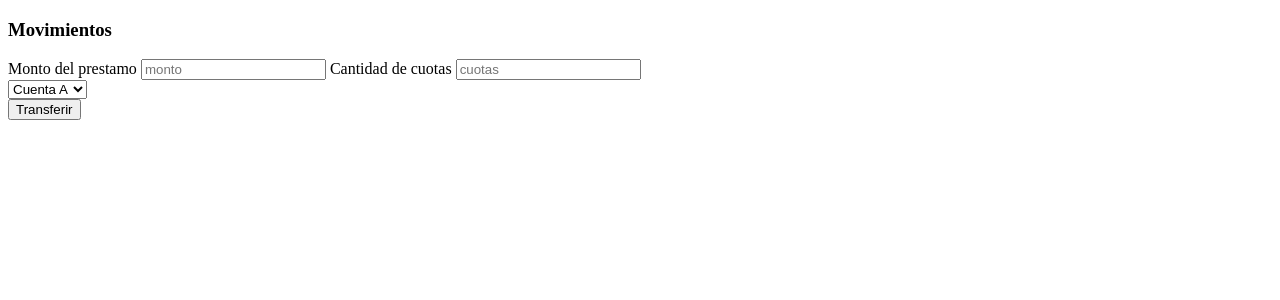
Repository: oskiman18/TP-Final
Page: http://localhost/Tp_integrador_grupo_2/historial.jsp
The author's editor kept a copy of each file at every save. The page is drawn from the files as they stood at one save, then again after the next save.
The browser window is 1280 px wide. The pictures show the whole page.
The page is served by Tomcat 9.

Above is the page before, as saved 2021-06-24 21:32:21.

### Tp_integrador_grupo_2/src/main/webapp/historial.jsp
<%@ page language="java" contentType="text/html; charset=ISO-8859-1"
    pageEncoding="ISO-8859-1"%>
<!DOCTYPE html>
<html>
<head>
<meta charset="ISO-8859-1">
<title> Movimientos </title>
</head>

	<body>
	<h3> Movimientos </h3>
		<form action='home.jsp'>


			<div>
				<label for='monto'>Monto del prestamo</label>
				<input name='monto' type='number' placeholder='monto'>

				<label for='cuotas'>Cantidad de cuotas</label>
				<input name='cuotas' type='number' placeholder='cuotas'>
			</div>

			<div>
				<select>
					<option value='1'>Cuenta A</option>
					<option value='2'> Cuenta B </option>
					<option value='3'> Cuenta C </option>
				</select>
			</div>
			<input type='submit' value='Transferir'>
		</form>
	</body>

</html>

After the next save:
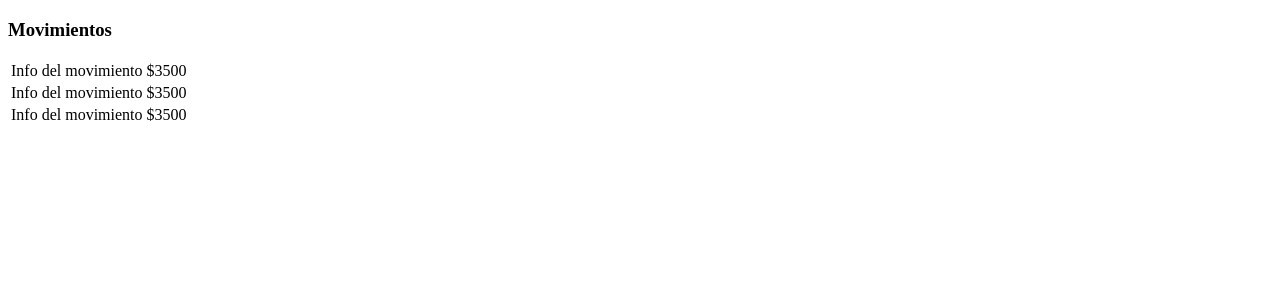
Saved 3 min 43 s later.
--- a/Tp_integrador_grupo_2/src/main/webapp/historial.jsp
+++ b/Tp_integrador_grupo_2/src/main/webapp/historial.jsp
@@ -9,26 +9,36 @@
 
 	<body>
 	<h3> Movimientos </h3>
-		<form action='home.jsp'>
 
 
-			<div>
-				<label for='monto'>Monto del prestamo</label>
-				<input name='monto' type='number' placeholder='monto'>
 
-				<label for='cuotas'>Cantidad de cuotas</label>
-				<input name='cuotas' type='number' placeholder='cuotas'>
-			</div>
+			<table>
+				<tr>
+					<td>
+						Info del movimiento
+					</td>
+					<td>
+						$3500
+					</td>
+				</tr>
+				<tr>
+					<td>
+						Info del movimiento
+					</td>
+					<td>
+						$3500
+					</td>
+				</tr>
+				<tr>
+					<td>
+						Info del movimiento
+					</td>
+					<td>
+						$3500
+					</td>
+				</tr>
+			</table>
 
-			<div>
-				<select>
-					<option value='1'>Cuenta A</option>
-					<option value='2'> Cuenta B </option>
-					<option value='3'> Cuenta C </option>
-				</select>
-			</div>
-			<input type='submit' value='Transferir'>
-		</form>
 	</body>
 
 </html>
